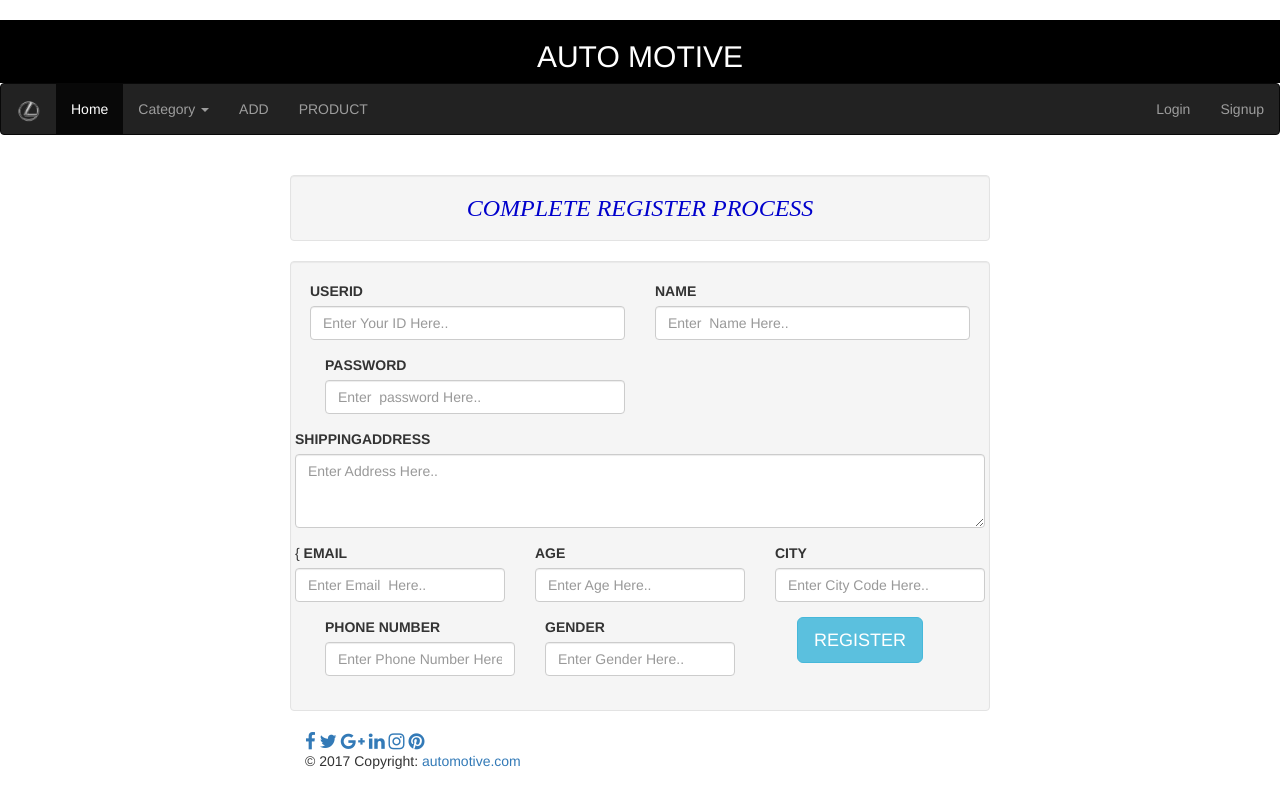
Repository: kavintech/DTProject
Page: http://localhost/Ecommerce_frontend/WEB-INF/views/registerpage.jsp
The author's editor kept a copy of each file at every save. The page is drawn from the files as they stood at one save, then again after the next save.
The browser window is 1280 px wide. The pictures show the whole page.
Some web libraries are served in a nearby version. The page is served by Tomcat 9. Nobody is signed in. Other server files are loaded and not shown. The template is opened directly, without the code that normally fills it, so the values that code supplies are empty.

Above is the page before, as saved 2017-11-27 07:24:59.

### Ecommerce_frontend/src/main/webapp/WEB-INF/views/registerpage.jsp
<%@ page language="java" contentType="text/html; charset=ISO-8859-1"
    pageEncoding="ISO-8859-1"%>
<!DOCTYPE html PUBLIC "-//W3C//DTD HTML 4.01 Transitional//EN" "http://www.w3.org/TR/html4/loose.dtd">
<html>
<head>
<meta http-equiv="Content-Type" content="text/html; charset=ISO-8859-1">
<title>Insert title here</title>
<!-- To Access the Bootstrap link -->
<link rel="stylesheet" href="https://maxcdn.bootstrapcdn.com/bootstrap/3.3.7/css/bootstrap.min.css">
<script src="https://ajax.googleapis.com/ajax/libs/jquery/3.2.1/jquery.min.js"></script>
<script src="https://maxcdn.bootstrapcdn.com/bootstrap/3.3.7/js/bootstrap.min.js"></script>
<link href="//maxcdn.bootstrapcdn.com/font-awesome/4.1.0/css/font-awesome.min.css" rel="stylesheet">
<link href=".resources/css/registerpage.css" rel="stylesheet"/>
<style type="text/css">
  .backgroundclr
  {
    background-color: #00ff00;
  }
</style>
</head>
<body>
<jsp:include page="header.jsp"></jsp:include>
<!-- Registration form here -->
<div class="container">
    <center><h3 class="well" style="font-family: Copperplate Gothic;font-style: italic;color:#0000cc">COMPLETE REGISTER PROCESS</h3></center>
	<div class="col-lg-12 well">
	<div class="row">
				<form  action="registerpage" method="post">
					<div class="col-sm-12">
						<div class="row">
							<div class="col-sm-6 form-group">

								<label>USERID</label>
								<input type="text" placeholder="Enter Your ID Here.." class="form-control" pattern="[0-9]+" required name="userid">
							</div>
							<div class="col-sm-6 form-group">
								<label>NAME</label>
								<input type="text" placeholder="Enter  Name Here.." class="form-control" pattern="^[a-zA-Z][a-zA-Z0-9-_\.]{1,20}$" required name="username">
							</div>
						</div>
						<div class="col-sm-6 form-group">
								<label>PASSWORD</label>
								<input type="text" placeholder="Enter  password Here.." class="form-control"  pattern="[A-Za-z]+" required name="userpass">
							</div>
						</div>
						<div class="form-group">
							<label>SHIPPINGADDRESS</label>
							<textarea placeholder="Enter Address Here.." rows="3" class="form-control" pattern="^[a-zA-Z][a-zA-Z0-9-_\.]{1,20}$" required name="useraddress"></textarea>
						</div>
						<div class="row">
							<div class="col-sm-4 form-group">
							 {
								<label>EMAIL</label>
								<input type="text" placeholder="Enter Email  Here.." class="form-control" pattern="[a-z0-9._%+-]+@[a-z0-9.-]+\.[a-z]{2,4}$" required name="usermail">
							</div>
							<div class="col-sm-4 form-group">
								<label>AGE</label>
								<input type="text" placeholder="Enter Age Here.." class="form-control" required name="userage">
							</div>
							<div class="col-sm-4 form-group">
								<label>CITY</label>
								<input type="text" placeholder="Enter City Code Here.." class="form-control" pattern="^[a-zA-Z][a-zA-Z0-9-_\.]{1,20}$" required name="usercity">
							</div>
						</div>


						</div>
					<div class="form-group">
					<div class="col-sm-4 form-group">
						<label>PHONE NUMBER</label>
						<input type="text" placeholder="Enter Phone Number Here.." class="form-control" pattern="^\{10}$" required name="userphone">
					</div>

					<div class="form-group">
					<div class="col-sm-4 form-group">
						<label>GENDER</label>
						<input type="text" placeholder="Enter Gender Here.."  class="form-control" pattern="^[a-zA-Z][a-zA-Z0-9-_\.]{1,20}$" required name="usergen">

					</div>

					<center>
					<input type="submit" class="btn btn-lg btn-info" value="REGISTER"></input>	</center>
					</div>
				</form>
				</div>
	</div>
	 <!-- Footer of the webpages -->

 <jsp:include page="footer.jsp"></jsp:include>

	</div>
</body>
</html>

### Ecommerce_frontend/src/main/webapp/WEB-INF/views/header.jsp
<%@ page language="java" contentType="text/html; charset=ISO-8859-1"
    pageEncoding="ISO-8859-1"%>
    <%@ taglib prefix = "c" uri = "http://java.sun.com/jsp/jstl/core" %>
<!DOCTYPE html PUBLIC "-//W3C//DTD HTML 4.01 Transitional//EN" "http://www.w3.org/TR/html4/loose.dtd">
<html>
<head>
<meta http-equiv="Content-Type" content="text/html; charset=ISO-8859-1">
<title>Insert title here</title>
<link rel="stylesheet" href="https://maxcdn.bootstrapcdn.com/bootstrap/3.3.7/css/bootstrap.min.css">
  <script src="https://ajax.googleapis.com/ajax/libs/jquery/3.2.1/jquery.min.js"></script>
  <script src="https://maxcdn.bootstrapcdn.com/bootstrap/3.3.7/js/bootstrap.min.js"></script>
</head>
<body>
<div class="container-fluid" style="background-color: BLACK;">
        <div class="row">
            <div class="col-md-12">
                <h2 class="text-center" style="margin-center:8.5%;color: white">AUTO MOTIVE</h2>
     </div>
     </div>
     </div>
<nav class="navbar navbar-inverse">
  <div class="container-fluid">
    <div class="navbar-header">
    <a class="navbar-brand brand-name">

    <img  src="./resources/images/lexus.png" class="img-circle" width="25px"></a>

     </div>
    <ul class="nav navbar-nav">
      <li class="active"><a href="#">Home</a></li>
      <li class="dropdown">

        <a class="dropdown-toggle" data-toggle="dropdown" href="">Category
        <span class="caret"></span></a>
        <ul class="dropdown-menu">
         <c:forEach items="${list}" var="p">

          <li><a href="">${p.categoryname}</a></li>

         </c:forEach>
        </ul>

      </li>
      <li><a href="<c:url value="admin/add"/>" role="button" aria-haspopup="true"
					aria-expanded="false">ADD</a></li>
      <li><a href="admin/productlistview">PRODUCT</a></li>
    </ul>
    <ul class="nav navbar-nav navbar-right">
     <c:if test="${pageContext.request.userPrincipal.name == null }">
					<li>
					 <a href=' <c:url value="/login" />'>Login</a>
					</li>
				<li><a href=' <c:url value="/reg" />'>Signup</a></li>

				</c:if>
    </ul>
  </div>

</nav>

</body>
</html>

### Ecommerce_frontend/src/main/webapp/WEB-INF/views/footer.jsp
<%@ page language="java" contentType="text/html; charset=ISO-8859-1"
    pageEncoding="ISO-8859-1"%>
<!DOCTYPE html PUBLIC "-//W3C//DTD HTML 4.01 Transitional//EN" "http://www.w3.org/TR/html4/loose.dtd">
<html>
<head>
<meta http-equiv="Content-Type" content="text/html; charset=ISO-8859-1">
<title>Insert title here</title>
<link rel="stylesheet" href="https://maxcdn.bootstrapcdn.com/bootstrap/3.3.7/css/bootstrap.min.css">
  <script src="https://ajax.googleapis.com/ajax/libs/jquery/3.2.1/jquery.min.js"></script>
  <script src="https://maxcdn.bootstrapcdn.com/bootstrap/3.3.7/js/bootstrap.min.js"></script>

<!--Footer-->
<footer class="page-footer indigo center-on-small-only pt-0">

    <!--Footer Links-->
    <div class="container">

        <!--First row-->
        <div class="row">

            <!--First column-->
            <div class="col-md-12">

                <div class="footer-socials mb-5 flex-center">

                    <!--Facebook-->
                    <a class="icons-sm fb-ic"><i class="fa fa-facebook fa-lg white-text mr-md-4"> </i></a>
                    <!--Twitter-->
                    <a class="icons-sm tw-ic"><i class="fa fa-twitter fa-lg white-text mr-md-4"> </i></a>
                    <!--Google +-->
                    <a class="icons-sm gplus-ic"><i class="fa fa-google-plus fa-lg white-text mr-md-4"> </i></a>
                    <!--Linkedin-->
                    <a class="icons-sm li-ic"><i class="fa fa-linkedin fa-lg white-text mr-md-4"> </i></a>
                    <!--Instagram-->
                    <a class="icons-sm ins-ic"><i class="fa fa-instagram fa-lg white-text mr-md-4"> </i></a>
                    <!--Pinterest-->
                    <a class="icons-sm pin-ic"><i class="fa fa-pinterest fa-lg white-text"> </i></a>
                </div>
            </div>
            <!--/First column-->
        </div>
        <!--/First row-->
    </div>
    <!--/Footer Links-->

    <!--Copyright-->
    <div class="footer-copyright">
        <div class="container-fluid">
            © 2017 Copyright: <a href="https://www.automotive.com">automotive.com </a>
        </div>
    </div>
    <!--/Copyright-->

</footer>

</head>
<body>

</body>
</html>

### Ecommerce_frontend/src/main/webapp/resources/css/registerpage.css
/* Space out content a bit */
body {
  padding-top: 20px;
  padding-bottom: 20px;
}

/* Everything but the jumbotron gets side spacing for mobile first views */
.header,
.marketing,
.footer {
  padding-right: 15px;
  padding-left: 15px;
}

/* Custom page header */
.header {
  border-bottom: 1px solid #e5e5e5;
}
/* Make the masthead heading the same height as the navigation */
.header h3 {
  padding-bottom: 19px;
  margin-top: 0;
  margin-bottom: 0;
  line-height: 40px;
}

/* Custom page footer */
.footer {
  padding-top: 19px;
  color: #777;
  border-top: 1px solid #e5e5e5;
}

/* Customize container */
@media (min-width: 768px) {
  .container {
    max-width: 730px;
  }
}
.container-narrow > hr {
  margin: 30px 0;
}

/* Main marketing message and sign up button */
.jumbotron {
  text-align: center;
  border-bottom: 1px solid #e5e5e5;
}
.jumbotron .btn {
  padding: 14px 24px;
  font-size: 21px;
}

/* Supporting marketing content */
.marketing {
  margin: 40px 0;
}
.marketing p + h4 {
  margin-top: 28px;
}

/* Responsive: Portrait tablets and up */
@media screen and (min-width: 768px) {
  /* Remove the padding we set earlier */
  .header,
  .marketing,
  .footer {
    padding-right: 0;
    padding-left: 0;
  }
  /* Space out the masthead */
  .header {
    margin-bottom: 30px;
  }
  /* Remove the bottom border on the jumbotron for visual effect */
  .jumbotron {
    border-bottom: 0;
  }
}

After the next save:
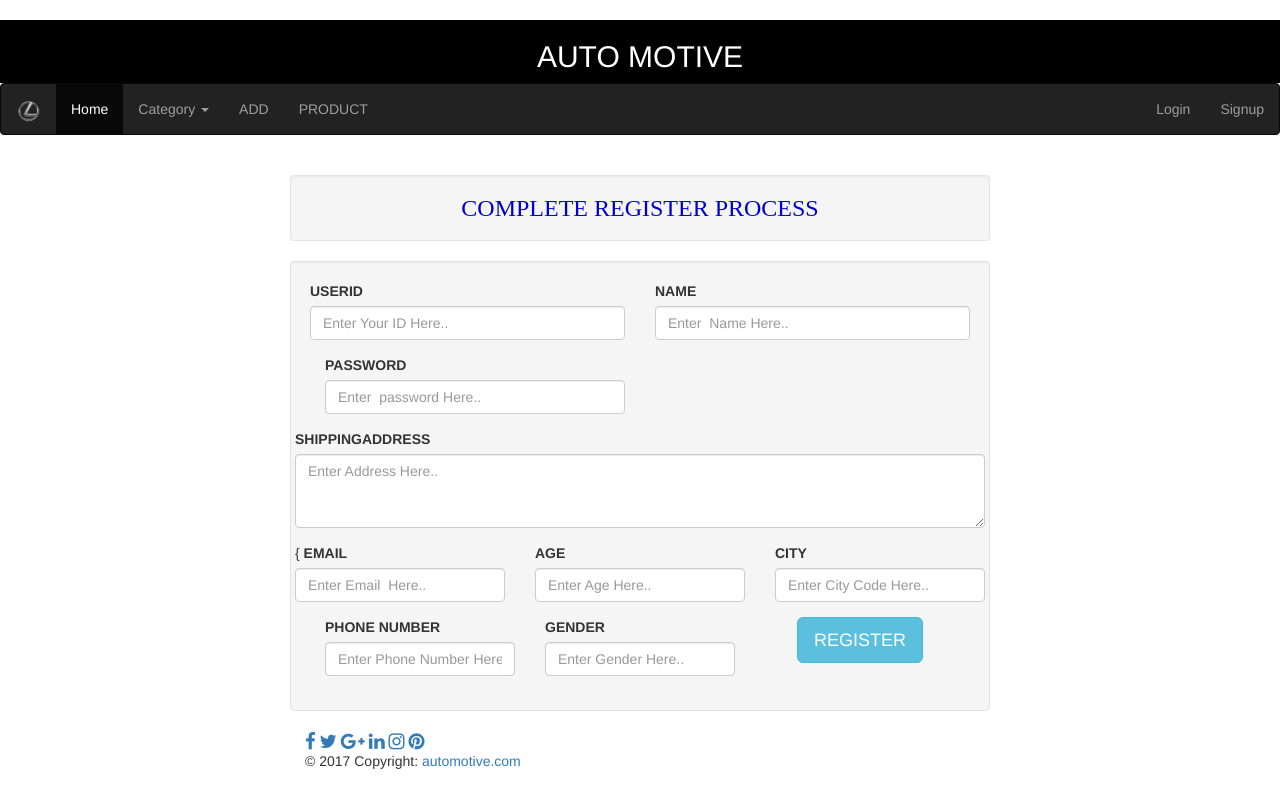
Saved 44 s later.
--- a/Ecommerce_frontend/src/main/webapp/WEB-INF/views/registerpage.jsp
+++ b/Ecommerce_frontend/src/main/webapp/WEB-INF/views/registerpage.jsp
@@ -22,7 +22,7 @@
 <jsp:include page="header.jsp"></jsp:include>
 <!-- Registration form here -->
 <div class="container">
-    <center><h3 class="well" style="font-family: Copperplate Gothic;font-style: italic;color:#0000cc">COMPLETE REGISTER PROCESS</h3></center>
+    <center><h3 class="well" style="font-family: times new roman;font-style: times new roman;color:#0000cc">COMPLETE REGISTER PROCESS</h3></center>
 	<div class="col-lg-12 well">
 	<div class="row">
 				<form  action="registerpage" method="post">
